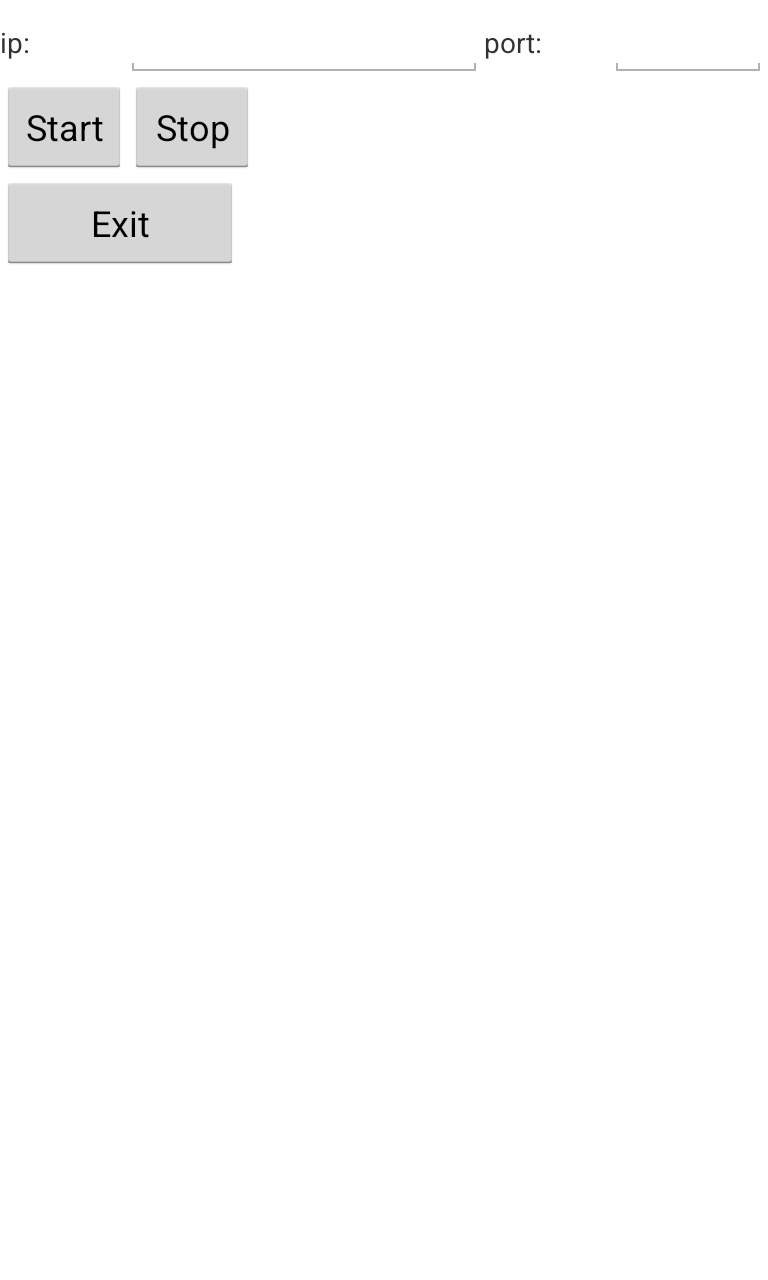
Repository: dthas/d_firewall_c
Layout: src/main/android/eclipse_project/dfirewall/res/layout/out_pl.xml
An editor plug-in stored every save of this project. The layout is shown before and after the next save, followed by the edit.
It is drawn on a 768 x 1280 px phone screen (xhdpi) without system bars, with theme AppTheme; the app's code is not run.

Above is the layout before, as saved 2017-02-16 07:58:40.

After the next save:
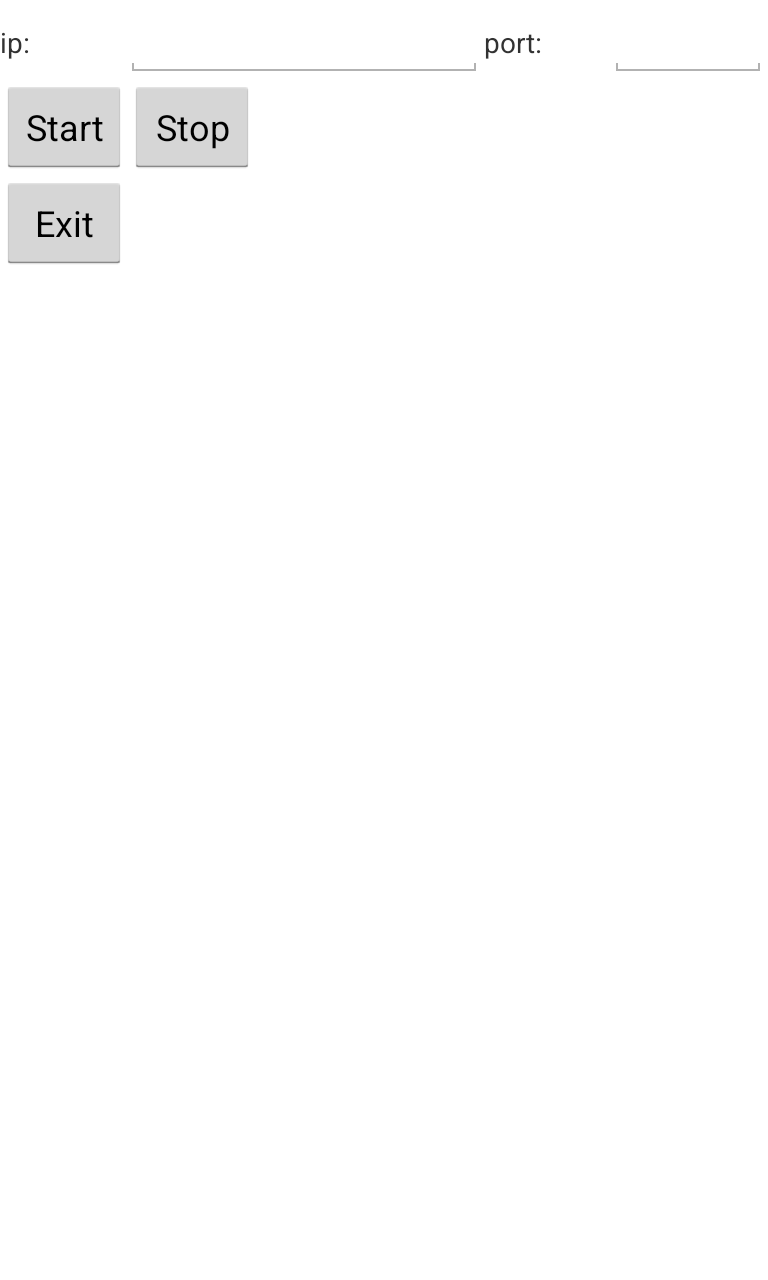
Saved 28 s later.
--- a/src/main/android/eclipse_project/dfirewall/res/layout/out_pl.xml
+++ b/src/main/android/eclipse_project/dfirewall/res/layout/out_pl.xml
@@ -67,7 +67,7 @@
 
 			<Button
 			android:id="@+id/button_3"
-			android:layout_width="120dp"
+			android:layout_width="wrap_content"
 			android:layout_height="wrap_content"
 			android:layout_weight="1"
 			android:layout_gravity="bottom"
